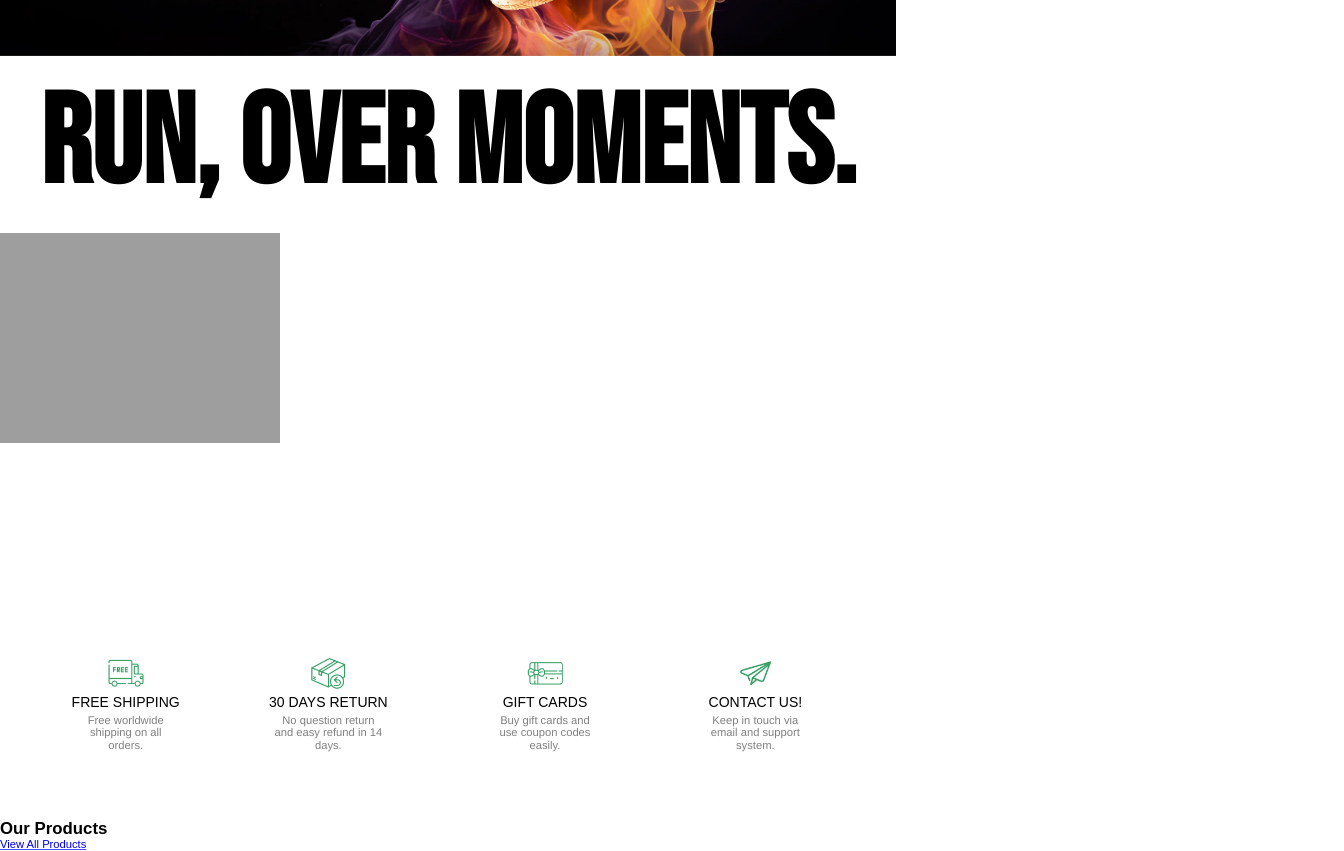
Repository: bluemoonsunshine/E-commerce-Website-Runova
Page: index.html
These files come from the project's save history. The page is drawn as it stood at one moment and after the next save; the edit follows.
The browser window is 1280 px wide. The page is 1920 px wide, so the pictures cover 1920 px, including what lies to the right of the window. The pictures show the part of the page from y = 1807 to 3087 px (the page is 3023 px tall before and 3087 px after), at 70% of full size.
Pictures or frames that could not be fetched are drawn as grey boxes. Some web fonts or font styles are not loaded; a fallback is used.

Above is the page before, as saved 2024-09-25 20:14:34.

After the next save:
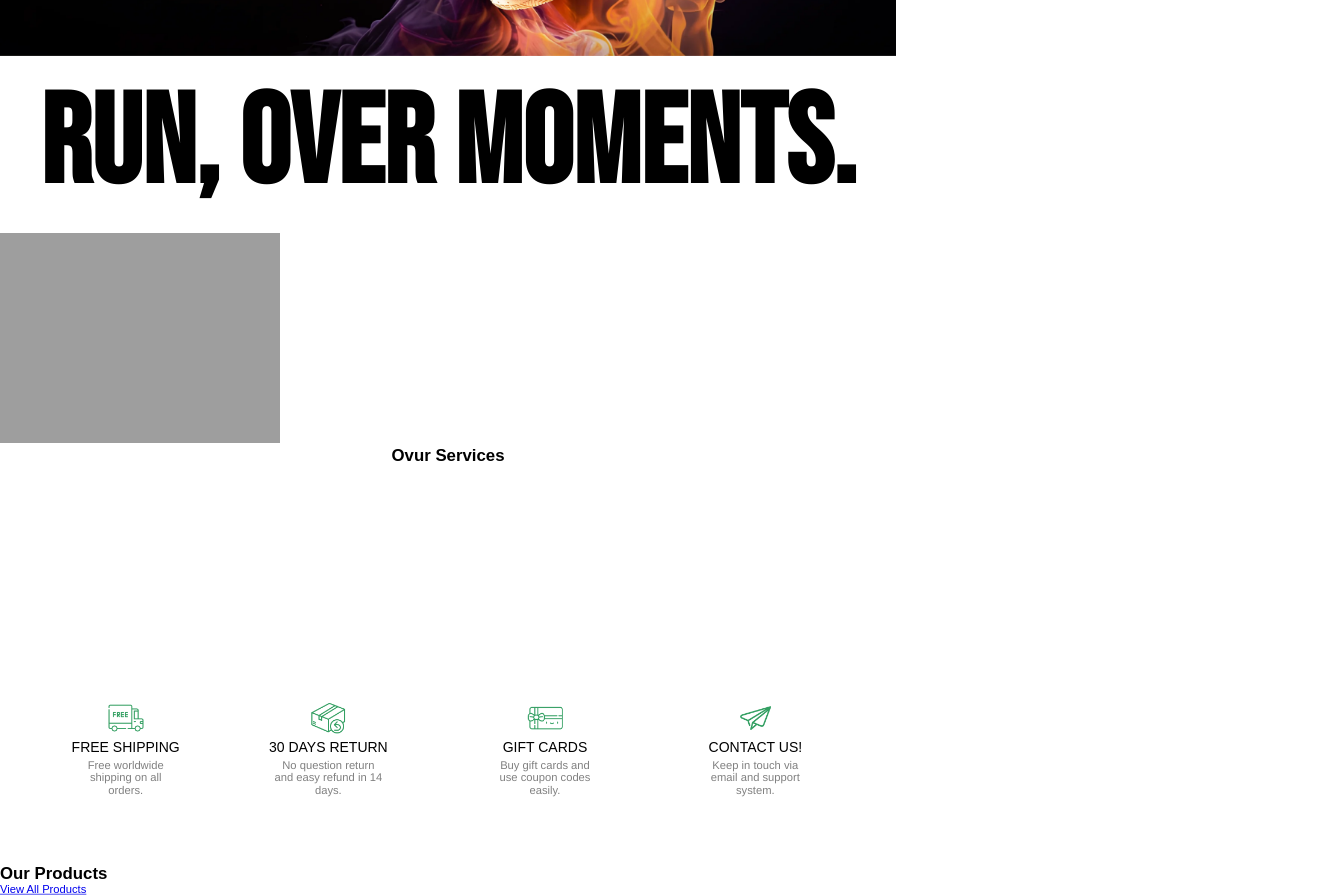
Saved 118 s later.
--- a/index.html
+++ b/index.html
@@ -56,7 +56,7 @@
         <source src="./FeaturedVideo.webm" type="video/mp4" />
       </video>
     </div>
-
+<h2><center>Ovur Services</h2></center><br><br>
     <div class="features">
       <div class="feature">
         <img src="logo/shipping.png" alt="" class="featureIcon" />

After the save that followed:
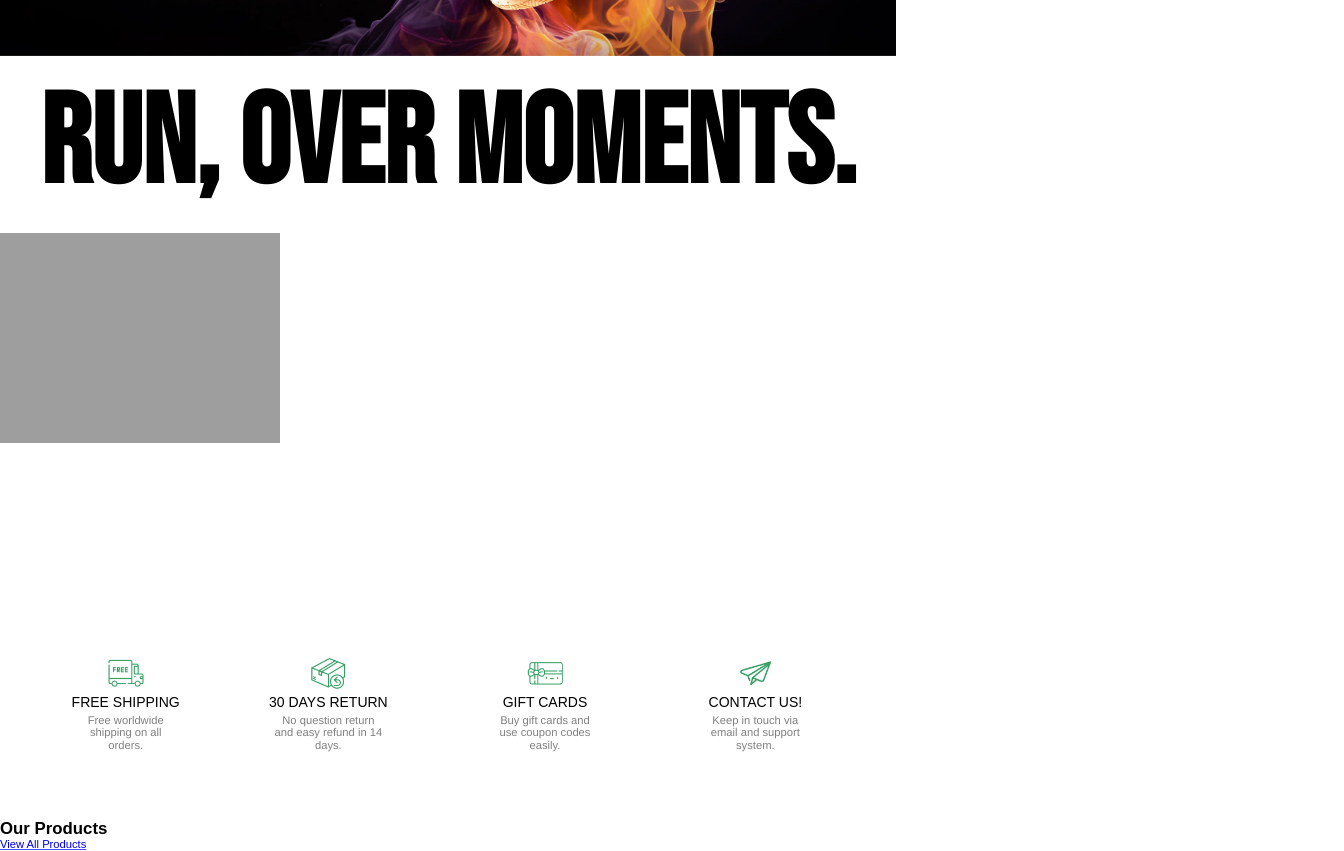
Saved 15 s later.
--- a/index.html
+++ b/index.html
@@ -56,7 +56,7 @@
         <source src="./FeaturedVideo.webm" type="video/mp4" />
       </video>
     </div>
-<h2><center>Ovur Services</h2></center><br><br>
+
     <div class="features">
       <div class="feature">
         <img src="logo/shipping.png" alt="" class="featureIcon" />
